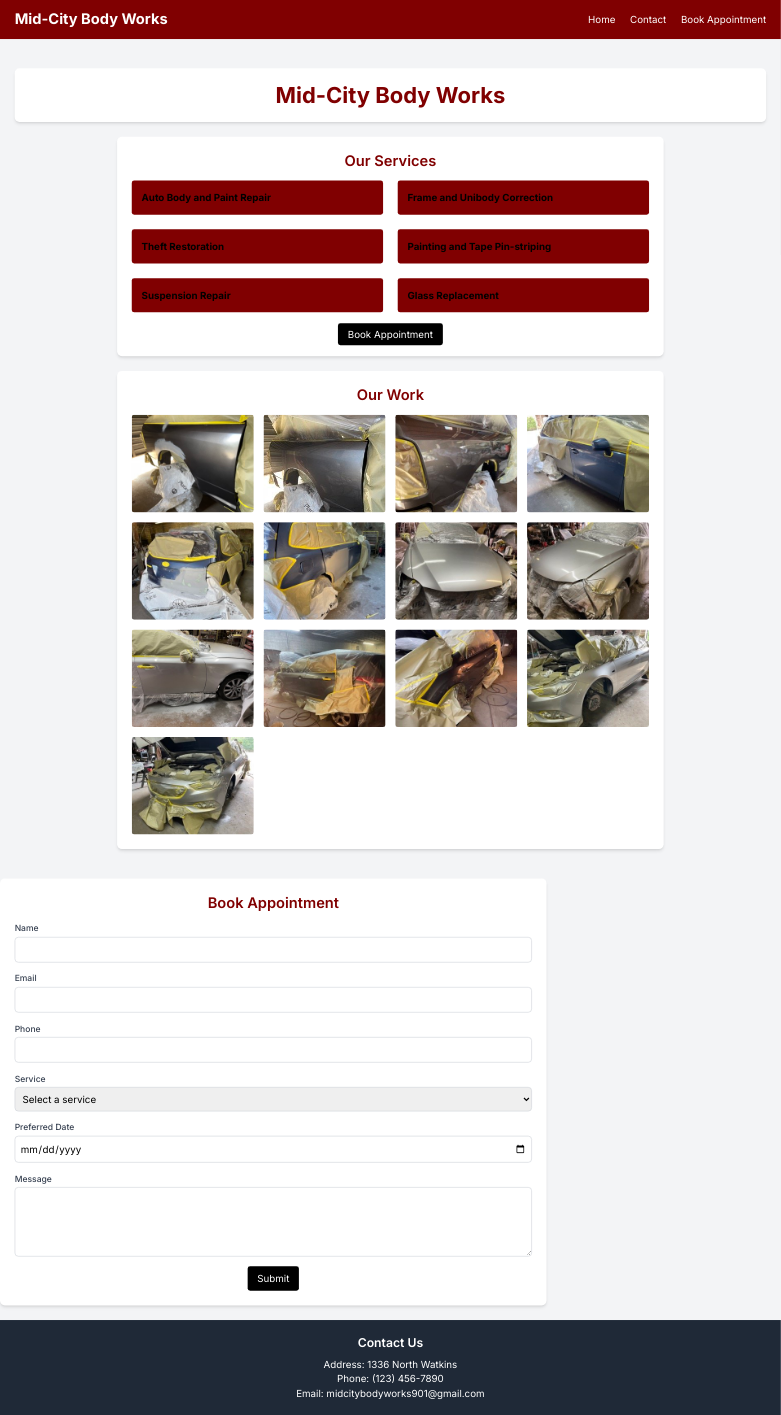
Repository: kayacancode/midcitybodyworks
Page: /
These files come from the project's save history. The page is drawn as it stood at one moment and after the next save; the edit follows.
The browser window is 1280 px wide. The pictures show the whole page, at 61% of full size.
The project was rebuilt for these pictures with package versions that can differ from the ones it lists, and the page was loaded fresh each time. The framework's server and built-in components were replaced by stand-ins that run in the browser. Also part of the build but not shown: next.config.mjs.

Above is the page before, as saved 2024-06-29 12:33:05.

After the next save:
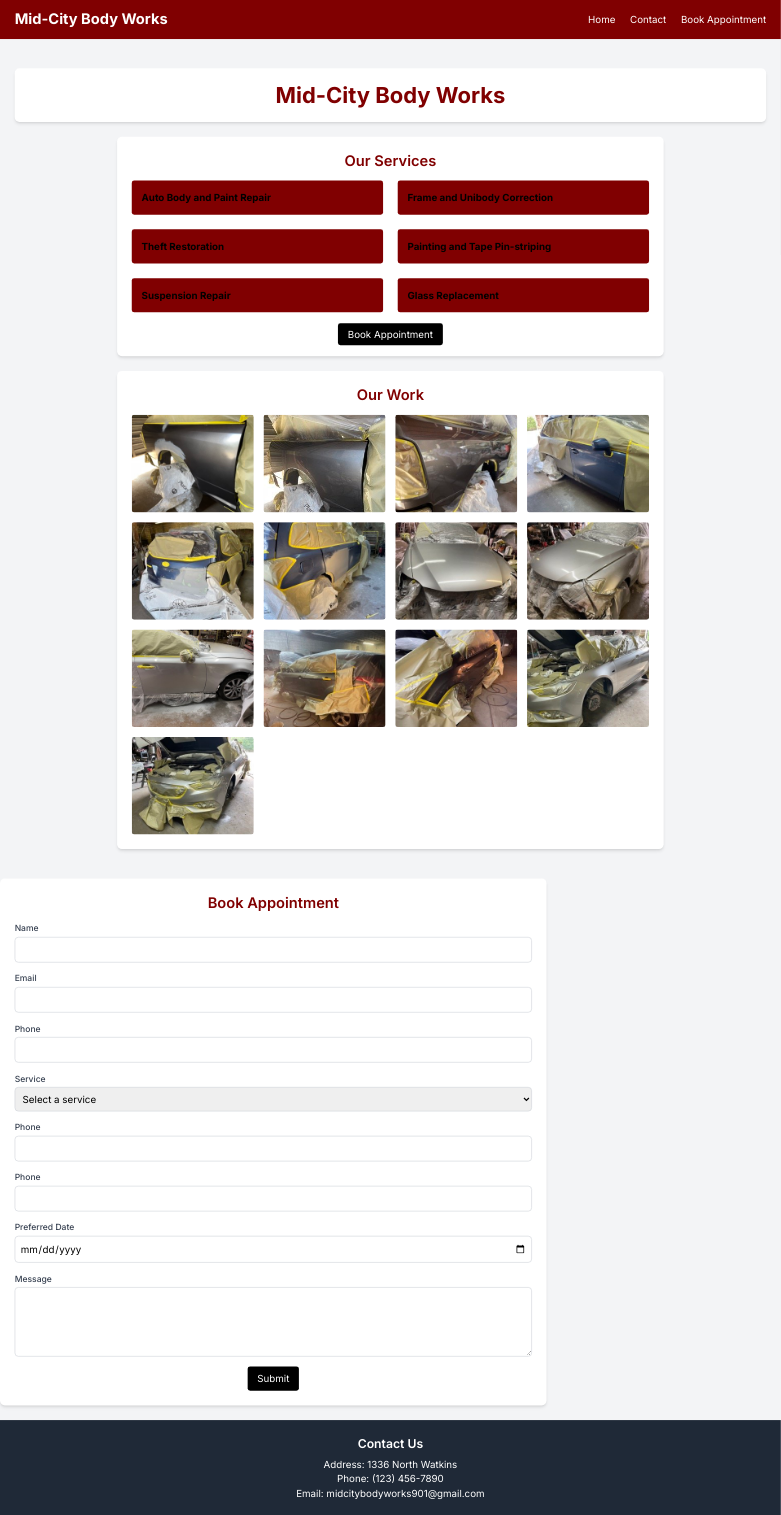
Saved 3 min 46 s later.
--- a/src/app/page.js
+++ b/src/app/page.js
@@ -10,7 +10,10 @@ export default function Home() {
     phone: '',
     service: '',
     date: '',
-    message: ''
+    message: '',
+    vechiclevin:'',
+    licenseplate:'',
+
   });
 
   const handleChange = (e) => {
@@ -194,6 +197,30 @@ export default function Home() {
               </select>
             </div>
             <div>
+            <label htmlFor="vechiclevin" className="block text-sm font-medium text-gray-700">Phone</label>
+              <input
+                type="vechiclevin"
+                name="vechiclevin"
+                id="vechiclevin"
+                value={formData.vechiclevin}
+                onChange={handleChange}
+                required
+                className="mt-1 p-2 block w-full border border-gray-300 rounded-md"
+              />
+            </div>
+            <div>
+            <label htmlFor="licenseplate" className="block text-sm font-medium text-gray-700">Phone</label>
+              <input
+                type="licenseplate"
+                name="licenseplate"
+                id="licenseplate"
+                value={formData.licenseplate}
+                onChange={handleChange}
+                required
+                className="mt-1 p-2 block w-full border border-gray-300 rounded-md"
+              />
+            </div>
+            <div>
               <label htmlFor="date" className="block text-sm font-medium text-gray-700">Preferred Date</label>
               <input
                 type="date"
